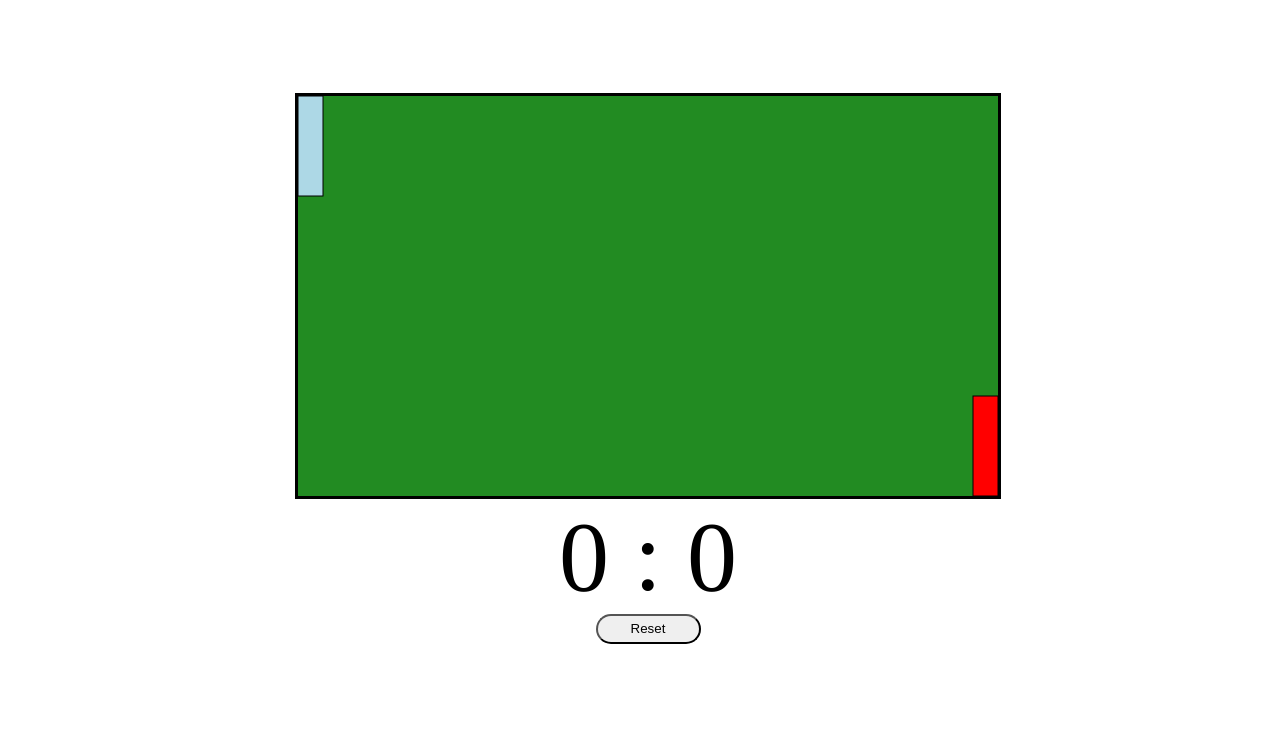
Repository: zacheys123/ping-pong
Page: index.html
These files come from the project's save history. The page is drawn as it stood at one moment and after the next save; the edit follows.
The browser window is 1280 px wide. The page is 1288 px wide, so the pictures cover 1288 px, including what lies to the right of the window. The pictures show the whole page.

Above is the page before, as saved 2023-07-01 00:05:08.
Console error: ReferenceError: stroke is not defined

After the next save:
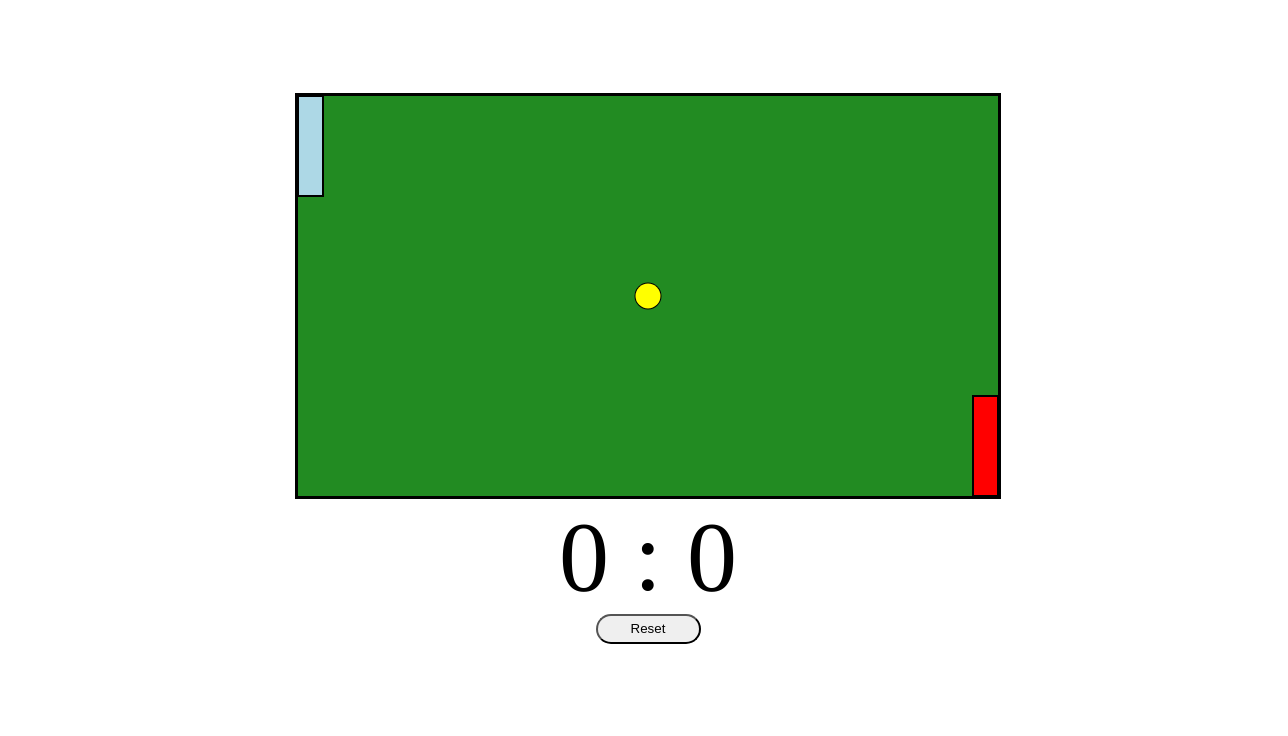
The error is gone.
Saved 75 s later.
--- a/index.js
+++ b/index.js
@@ -58,7 +58,7 @@ function drawBall(ballX, ballY) {
 	ctx.lineWidth = 2;
 	ctx.beginPath();
 	ctx.arc(ballX, ballY, ballradius, 0, 2 * Math.PI);
-	ctx, stroke();
+	ctx.stroke();
 	ctx.fill();
 }
 function clearBoard() {
